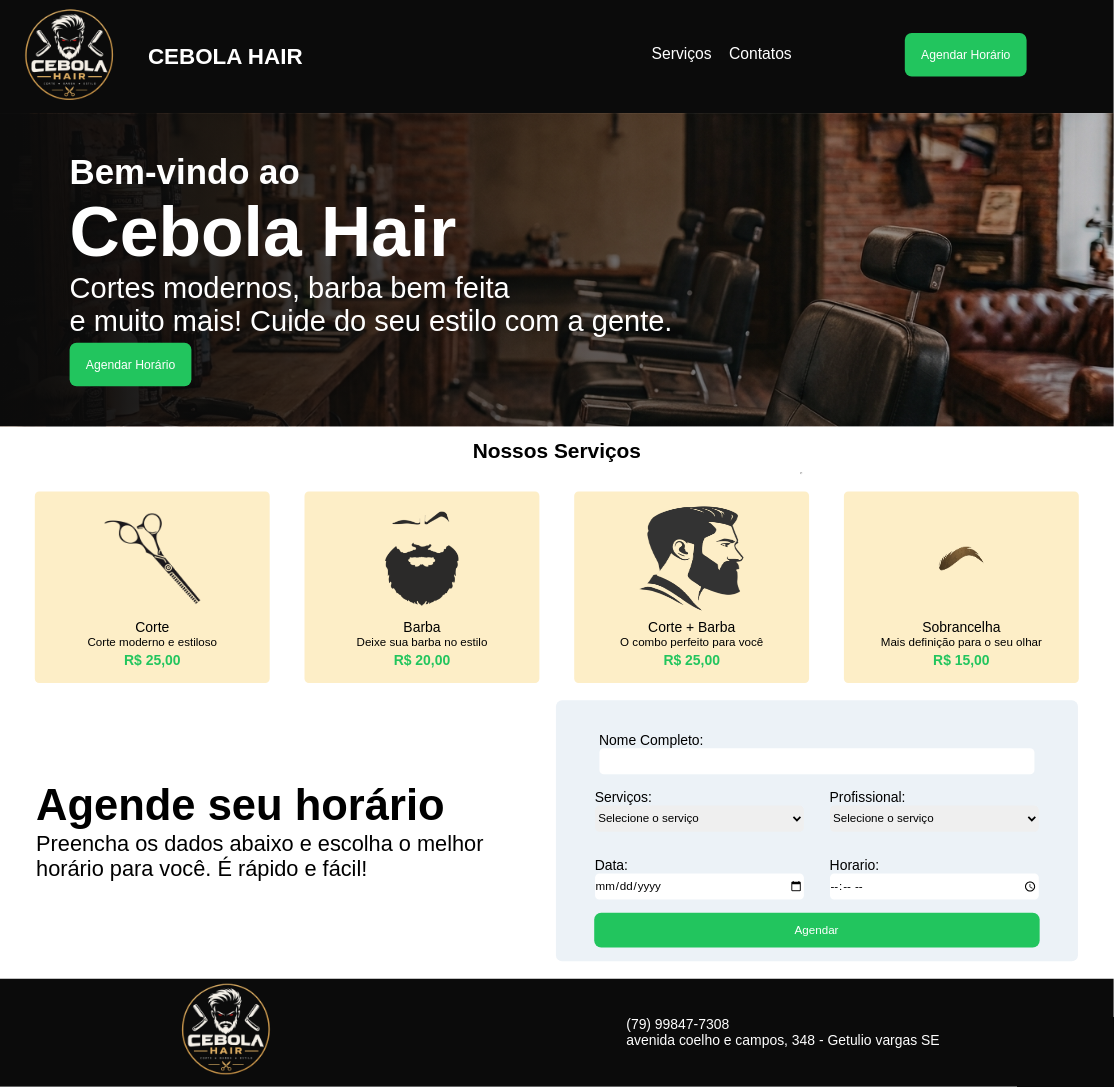
Repository: antonymsantana-design/final.activitie1
Page: index.html
An editor plug-in stored every save of this project. The page is shown before and after a run of saves, followed by the edit.
The browser window is 1280 px wide. The pictures show the whole page, at 87% of full size.

Above is the page before, as saved 2026-09-15 20:11:54.

After the next 4 saves:
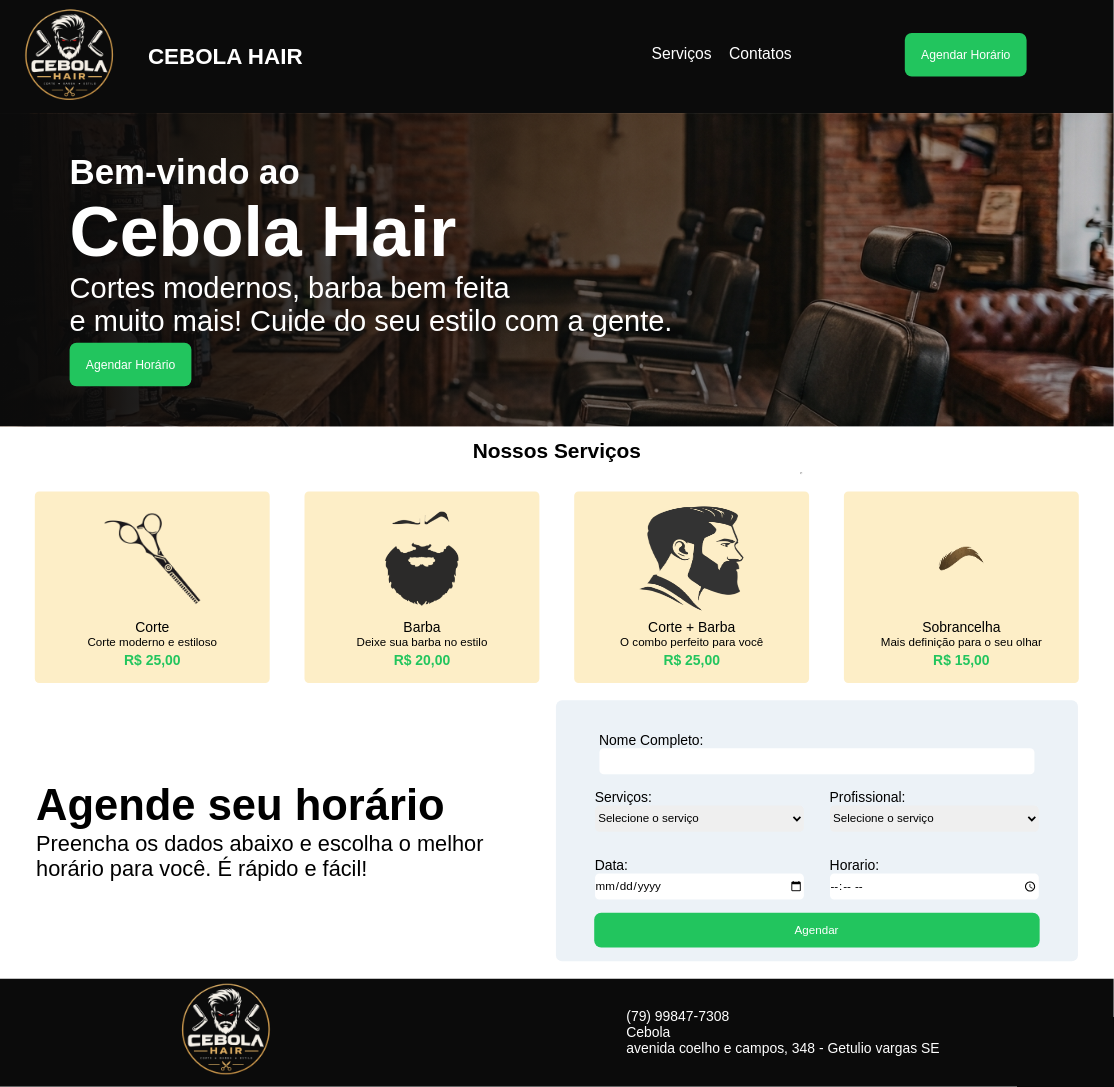
The 4 saves are shown as one change because they came seconds apart.
The last was saved 33 s later.
--- a/index.html
+++ b/index.html
@@ -149,6 +149,7 @@
 
     <div class="esquerda">
       <p>(79) 99847-7308</p>
+      <p>Cebola</p>
       <p>avenida coelho e campos, 348 - Getulio vargas SE</p>
     </div>
   </footer>
